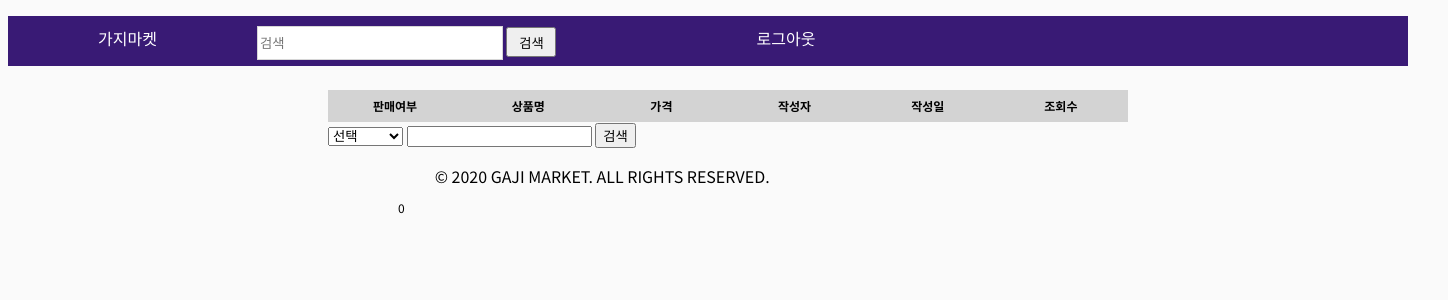
Repository: dblee0128/gajimarket
Page: http://localhost/GajiMarket/WEB-INF/views/_backup/admin/board/get_backup.jsp
An editor plug-in stored every save of this project. The page is shown before and after a run of saves, followed by the edit.
The browser window is 1280 px wide. The page is 1448 px wide, so the pictures cover 1448 px, including what lies to the right of the window. The pictures show the whole page.
The page is served by Tomcat 9. Nobody is signed in. The template is opened directly, without the code that normally fills it, so the values that code supplies are empty.

Above is the page before, as saved 2020-10-31 02:08:12.

After the next 2 saves:
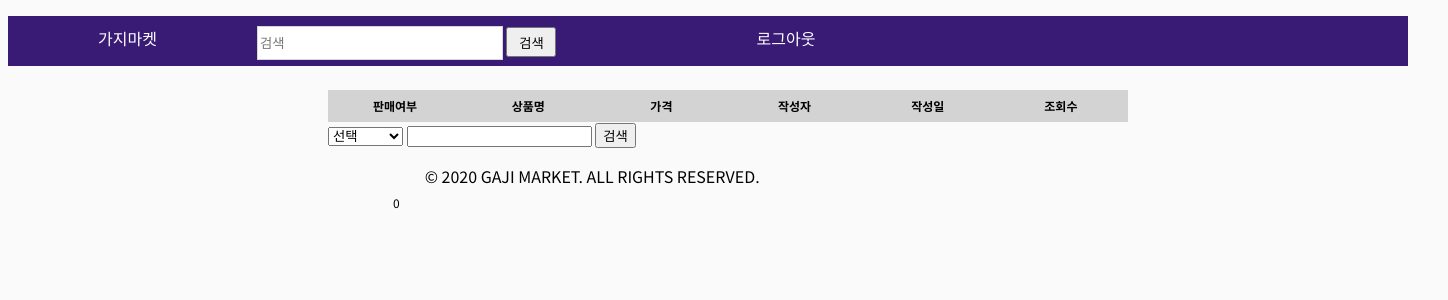
The 2 saves are shown as one change because they came seconds apart.
The last was saved 13 s later.
--- a/GajiMarket/src/main/webapp/resources/css/board.css
+++ b/GajiMarket/src/main/webapp/resources/css/board.css
@@ -62,5 +62,5 @@ ul {
 li {
 	list-style: none;
 	float: left;
-	padding: 30px;
+	padding: 25px;
 }
